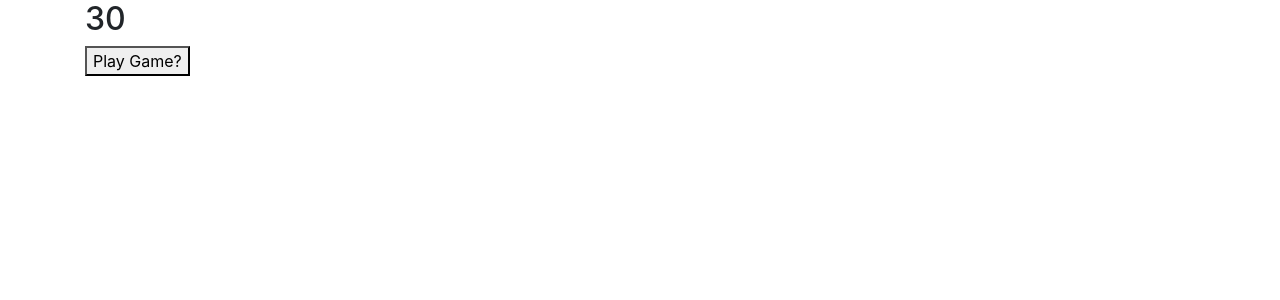
Repository: dsaftler/Trivia
Page: index.html
An editor plug-in stored every save of this project. The page is shown before and after the next save, followed by the edit.
The browser window is 1280 px wide. The pictures show the whole page.

Above is the page before, as saved 2019-04-12 22:10:58.

After the next save:
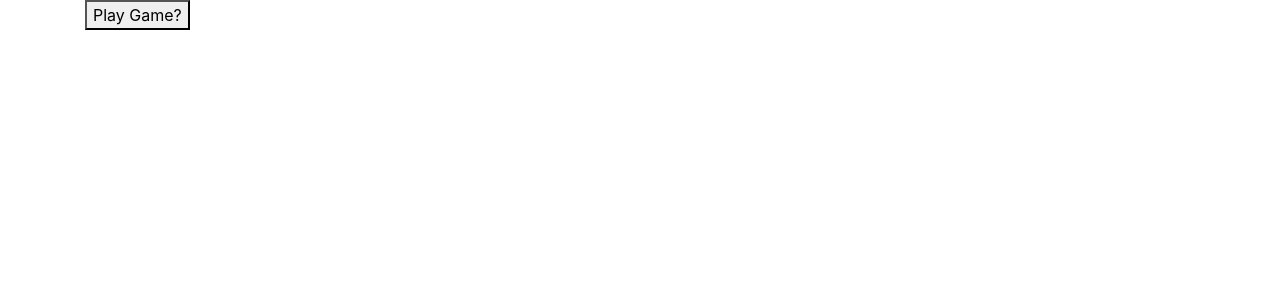
Console error: TypeError: Cannot read properties of undefined (reading 'question')
Saved 81 s later.
--- a/assets/javascript/app.js
+++ b/assets/javascript/app.js
@@ -30,12 +30,33 @@
 // };
 // var GameState = States.PREGAME;
 
+i=0
+$(document).ready(function () {
+  initGame();
+
+  newQuestion(i);
+  $(".answers").click(function() {
+    stopTimer();
+    var $target = $(this).attr("id")
+    for(let j = 0; j<4; j++) {
+    jtarget = "answer" + j
+    console.log(jtarget)
+    if (jtarget == $target)
+      if (j=correctAnswerId){
+        win()
+      } else {
+        lose()
+      };
+    };
+  });
+}) ;
+
 $("document").ready(function () {
   initGame();
   $(".answers").on("click", stopTimer);
   for (let i = 0; i < qArray.length; i++) {
     $("#question").text = qArray[i].question;
-    console.log(qArray.question+ ' '+i)
+    console.log(qArray[i].question)
 
   }
     //$("#answer0".text=qArray[i].ansArray[0];
@@ -63,28 +84,25 @@
  });
 
 function initGame() {
-  // show game pieces: question, answers
+
   wins = 0;
   wrongs = 0;
   misses = 0;
-  seconds = 30;
   //qArray.jsGameState = States.PLAYING;
-  loadQuestions();
-  showTime();
  // newQuestion();
 }
 
 
-function newQuestion()
-{
-  document.getElementById("newGame").style.display = "none";
-
-  $("#question").text("question");
-  $("#answer0").text("answer 1");
-  $("#answer1").text("answer 2");
-  $("#answer2").text("answer 3");
-  $("#answer3").text("answer 4");
-
+function newQuestion(i)
+{
+  // show game pieces: question, answers
+  $("#question").text(qArray[i].question);
+  $("#answer0").text(qArray[i].ansArray[0]);
+  $("#answer1").text(qArray[i].ansArray[1]);
+  $("#answer2").text(qArray[i].ansArray[2]);
+  $("#answer3").text(qArray[i].ansArray[3]);
+  correctAnswerId = qArray[i].correct;
+  info = qArray[i].extra;
   seconds = 30;
   showTime();
   timer = setInterval(tick, 1000);

After the save that followed:
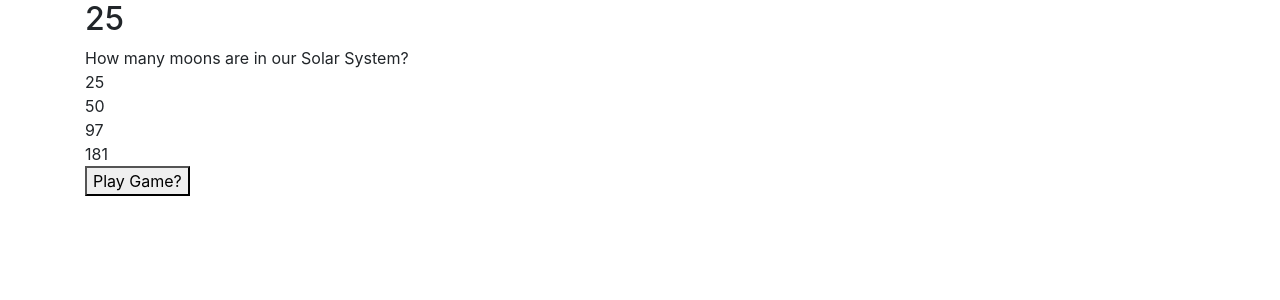
The error is gone.
Saved 3 min 14 s later.
--- a/assets/javascript/app.js
+++ b/assets/javascript/app.js
@@ -88,6 +88,7 @@
   wins = 0;
   wrongs = 0;
   misses = 0;
+  loadQuestions();
   //qArray.jsGameState = States.PLAYING;
  // newQuestion();
 }
